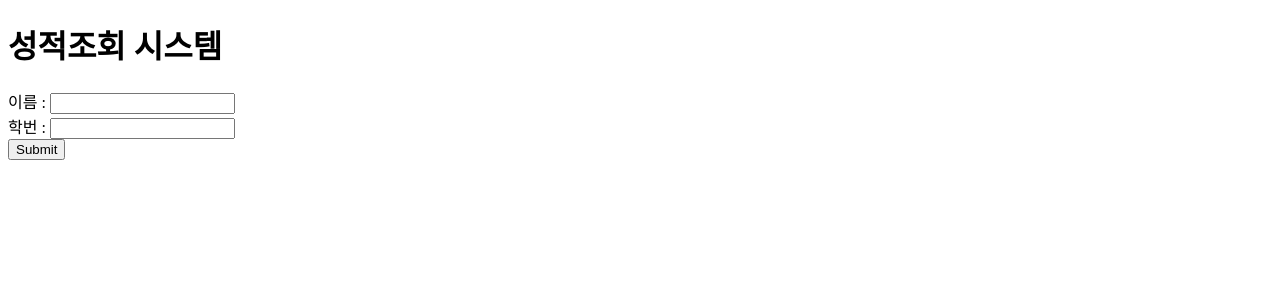
Repository: GitOnibi/jsp
Page: http://localhost/JSPprojec/school/index.jsp
An editor plug-in stored every save of this project. The page is shown before and after the next save, followed by the edit.
The browser window is 1280 px wide. The pictures show the whole page.
The page is served by Tomcat 9.

Above is the page before, as saved 2019-01-07 12:06:52.

After the next save:
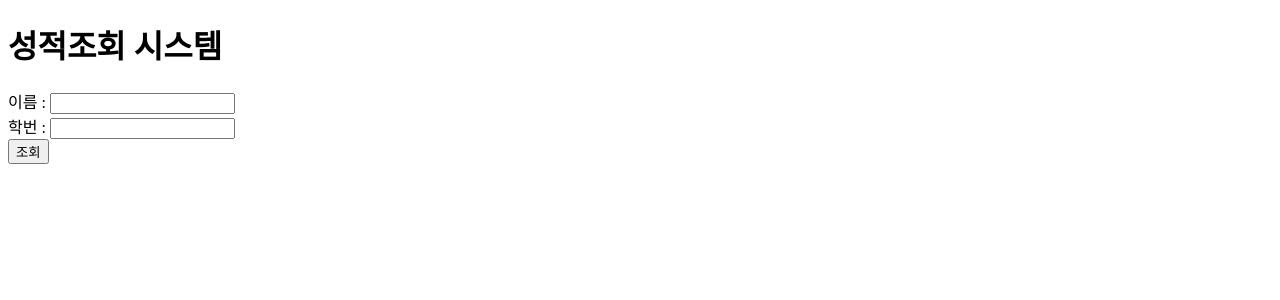
Saved 8 s later.
--- a/JSPprojec/WebContent/school/index.jsp
+++ b/JSPprojec/WebContent/school/index.jsp
@@ -12,7 +12,7 @@
 	<form action="score_search.jsp">
 		이름 : <input type="text" name="stu_name" id="stu_name"/><br />
 		학번 : <input type="text" name="stu_num" id="stu_num"/><br />
-		<input type="submit" />
+		<input type="submit" value="조회"/>
 	</form>
 </body>
 </html>
